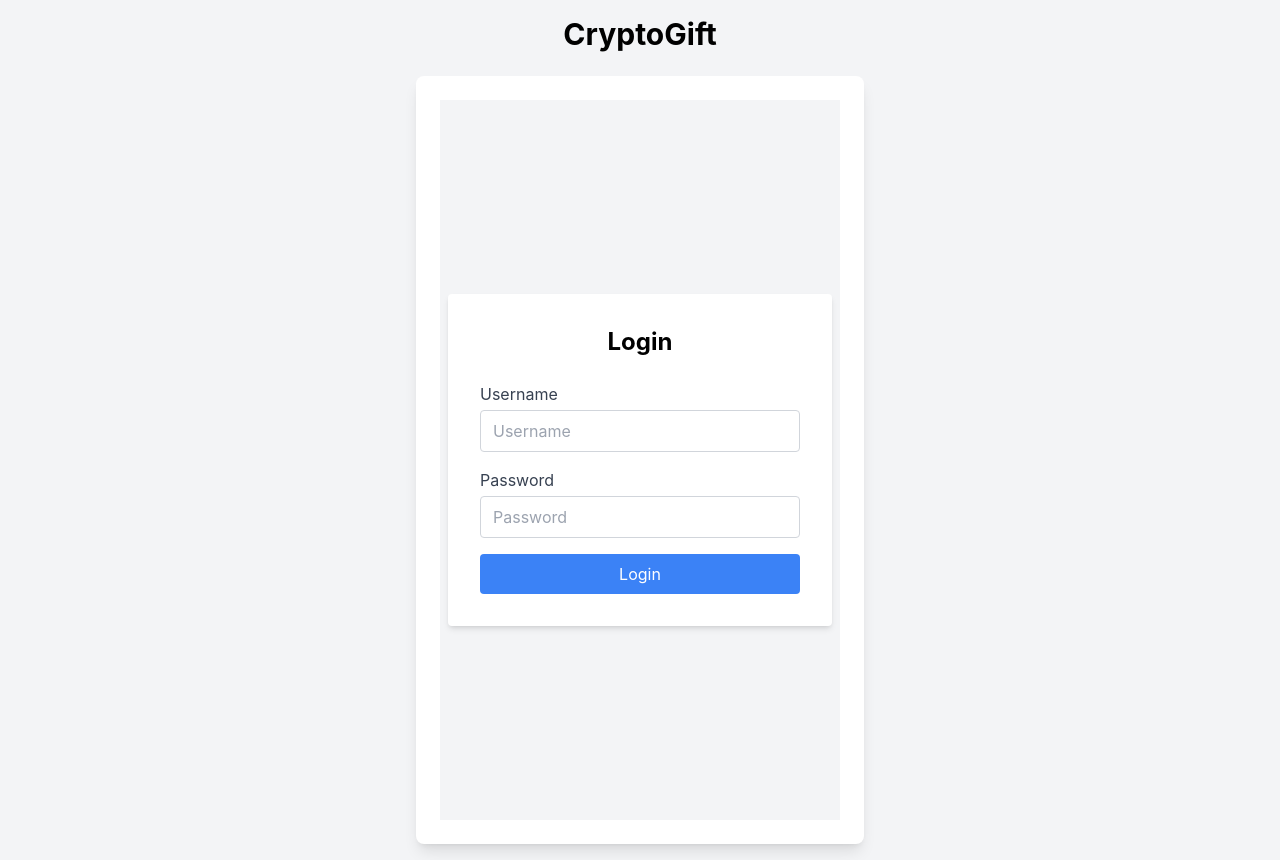
Repository: smnshzh/django-react-cryptogift
Page: / (app in cryptogift-frontend/)
The author's editor kept a copy of each file at every save. The page is drawn from the files as they stood at one save, then again after the next save.
The browser window is 1280 px wide. The pictures show the whole page.
The project was rebuilt for these pictures with package versions that can differ from the ones it lists, and the page was loaded fresh each time. Also part of the build but not shown: cryptogift-frontend/src/components/GiftForm.js.

Above is the page before, as saved 2024-09-27 00:26:18.

After the next save:
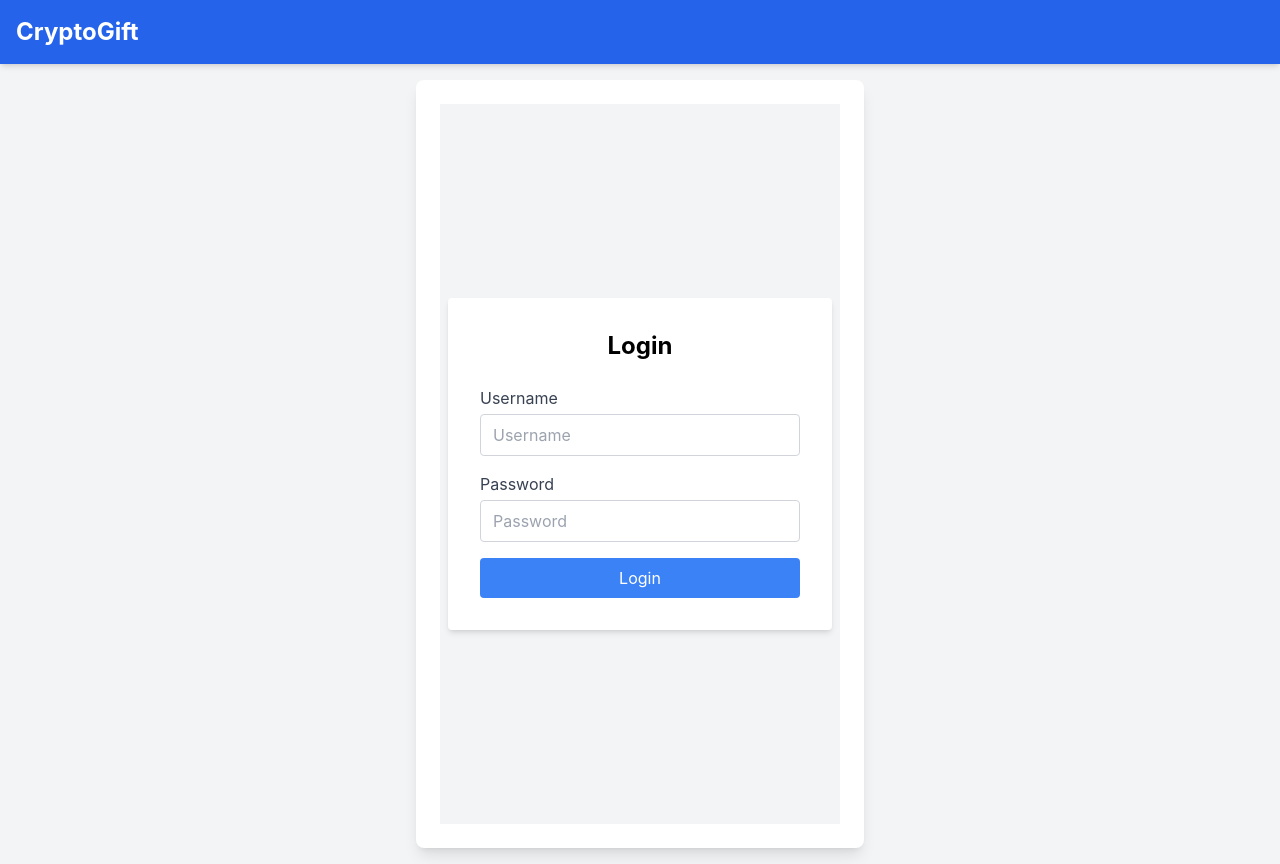
Saved 25 s later.
--- a/cryptogift-frontend/src/App.js
+++ b/cryptogift-frontend/src/App.js
@@ -1,6 +1,7 @@
 import React, { useState } from 'react';
 import GiftForm from './components/GiftForm';
 import Login from './components/Login';
+import Header from './components/Header';
 
 const App = () => {
     const [isAuthenticated, setIsAuthenticated] = useState(!!localStorage.getItem('token'));
@@ -15,23 +16,17 @@ const App = () => {
     };
 
     return (
-        <div className="min-h-screen bg-gray-100 flex flex-col items-center justify-center p-4">
-            <h1 className="text-3xl font-bold mb-6">CryptoGift</h1>
-            <div className="w-full max-w-md bg-white shadow-lg rounded-lg p-6">
-                {isAuthenticated ? (
-                    <>
+        <div className="min-h-screen bg-gray-100 flex flex-col">
+            <Header isAuthenticated={isAuthenticated} onLogout={handleLogout} />
+            <main className="flex-grow flex flex-col items-center justify-center p-4">
+                <div className="w-full max-w-md bg-white shadow-lg rounded-lg p-6">
+                    {isAuthenticated ? (
                         <GiftForm />
-                        <button
-                            onClick={handleLogout}
-                            className="mt-4 w-full bg-red-500 text-white py-2 rounded hover:bg-red-600 transition duration-200"
-                        >
-                            Logout
-                        </button>
-                    </>
-                ) : (
-                    <Login onLogin={handleLogin} />
-                )}
-            </div>
+                    ) : (
+                        <Login onLogin={handleLogin} />
+                    )}
+                </div>
+            </main>
         </div>
     );
 };
